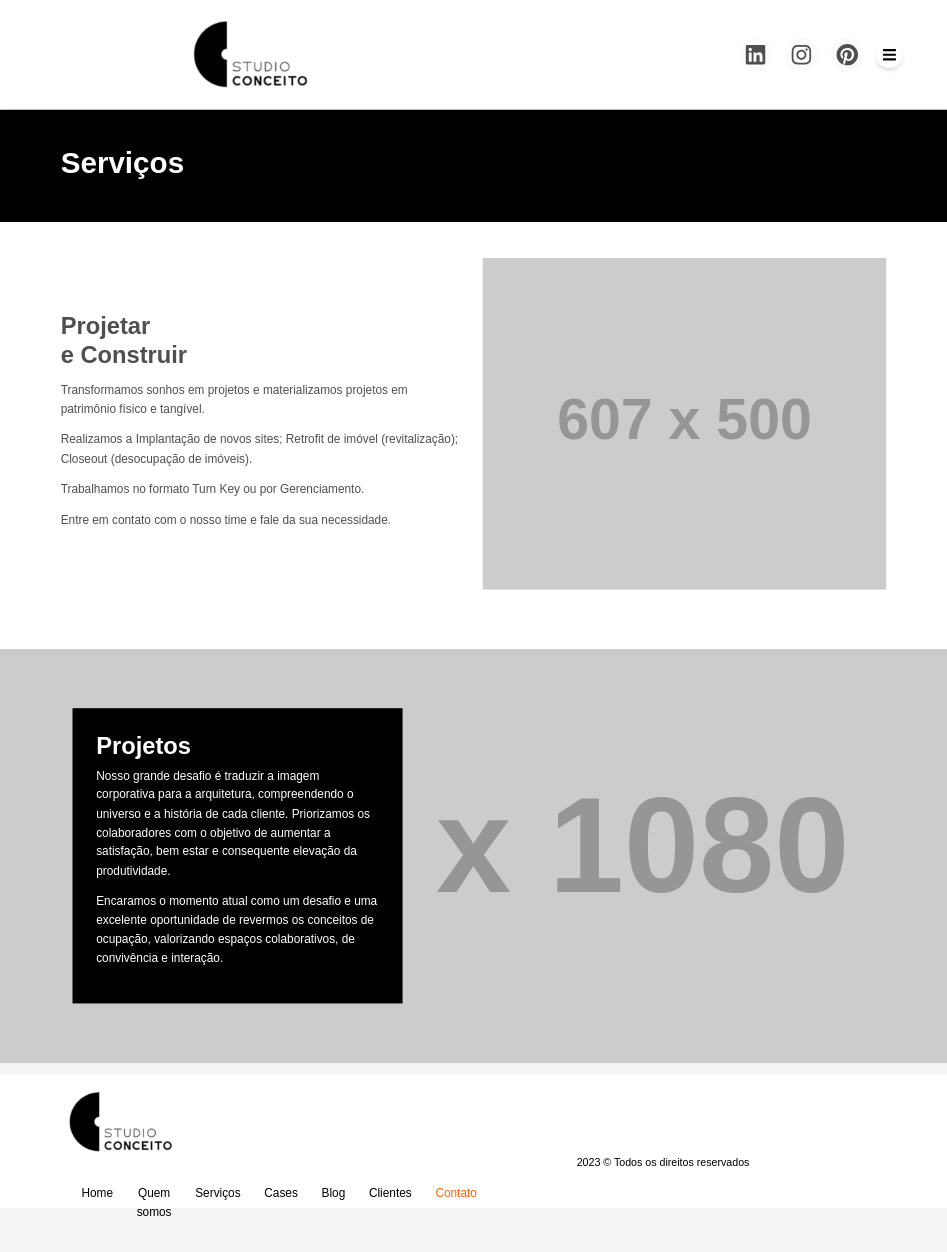
Repository: Upstairs-Agencia/studio-conceito-react
Page: /servicos
The author's editor kept a copy of each file at every save. The page is drawn from the files as they stood at one save, then again after the next save.
The browser window is 1280 px wide. The pictures show the whole page, at 74% of full size.
The project was rebuilt for these pictures with package versions that can differ from the ones it lists, and the page was loaded fresh each time. Also part of the build but not shown: src/pages/Home.js, src/pages/QuemSomos.js, src/pages/Cases.js, src/pages/Blog.js, src/pages/Clientes.js, src/pages/Contato.js.

Above is the page before, as saved 2024-12-28 03:09:47.

### public/index.html
<!DOCTYPE html>
<html lang="en">
  <head>
    <meta charset="utf-8" />
    <link rel="icon" href="%PUBLIC_URL%/favicon.ico" />
    <meta name="viewport" content="width=device-width, initial-scale=1" />
    <meta name="theme-color" content="#000000" />
    <meta
      name="description"
      content="Web site created using create-react-app"
    />
    <link rel="apple-touch-icon" href="%PUBLIC_URL%/logo192.png" />
    <!--
      manifest.json provides metadata used when your web app is installed on a
      user's mobile device or desktop. See https://developers.google.com/web/fundamentals/web-app-manifest/
    -->
    <link rel="manifest" href="%PUBLIC_URL%/manifest.json" />
    <!--
      Notice the use of %PUBLIC_URL% in the tags above.
      It will be replaced with the URL of the `public` folder during the build.
      Only files inside the `public` folder can be referenced from the HTML.

      Unlike "/favicon.ico" or "favicon.ico", "%PUBLIC_URL%/favicon.ico" will
      work correctly both with client-side routing and a non-root public URL.
      Learn how to configure a non-root public URL by running `npm run build`.
    -->
    <title>Studio Conceito</title>
  </head>
  <body>
    <noscript>You need to enable JavaScript to run this app.</noscript>
    <div id="root"></div>
    <!--
      This HTML file is a template.
      If you open it directly in the browser, you will see an empty page.

      You can add webfonts, meta tags, or analytics to this file.
      The build step will place the bundled scripts into the <body> tag.

      To begin the development, run `npm start` or `yarn start`.
      To create a production bundle, use `npm run build` or `yarn build`.
    -->
  </body>
</html>

### src/index.js

import React from 'react';
import ReactDOM from 'react-dom';
import App from './App';
import 'mdb-react-ui-kit/dist/css/mdb.min.css'; // MDB styles
import './index.css'; // Global styles

ReactDOM.render(
  <React.StrictMode>
    <App />
  </React.StrictMode>,
  document.getElementById('root')
);

### src/App.js

import React from 'react';
import { BrowserRouter as Router, Routes, Route } from 'react-router-dom';
import Home from './pages/Home';
import QuemSomos from './pages/QuemSomos';
import Servicos from './pages/Servicos';
import Cases from './pages/Cases';
import Blog from './pages/Blog';
import Clientes from './pages/Clientes';
import Contato from './pages/Contato';

function App() {
  return (
    <Router>
      <Routes>
        <Route path="/" element={<Home />} />
        <Route path="/quem-somos" element={<QuemSomos />} />
        <Route path="/servicos" element={<Servicos />} />
        <Route path="/cases" element={<Cases />} />
        <Route path="/blog" element={<Blog />} />
        <Route path="/clientes" element={<Clientes />} />
        <Route path="/contato" element={<Contato />} />
      </Routes>
    </Router>
  );
}

export default App;

### src/index.css

body {
  margin: 0;
  font-family: Arial, sans-serif;
  background-color: #f4f4f4;
}

### src/pages/Servicos.js
import React from 'react';
import { MDBContainer, MDBRow, MDBCol } from 'mdb-react-ui-kit';
import Navbar from '../components/navbar';
import Footer from '../components/footer';

const placeholderImage1 = 'https://placehold.co/607x500'; // Imagem ao lado do texto
const placeholderImage2 = 'https://placehold.co/1920x1080'; // Imagem de fundo

const Servicos = () => {
  return (
    <div>
      <Navbar />

      {/* Sessão preta com título */}
      <section className="bg-black text-white py-5">
        <MDBContainer>
          <h1 className="fw-bold">Serviços</h1>
        </MDBContainer>
      </section>

      {/* Sessão Projetar e Construir */}
      <section className="py-5 bg-white">
        <MDBContainer>
          <MDBRow className="align-items-center">
            <MDBCol md="6" className="mb-4">
              <h2 className="fw-bold mb-3">Projetar<br />e Construir</h2>
              <p>
                Transformamos sonhos em projetos e materializamos projetos em patrimônio físico e tangível.
              </p>
              <p>
                Realizamos a Implantação de novos sites; Retrofit de imóvel (revitalização); Closeout (desocupação de imóveis).
              </p>
              <p>
                Trabalhamos no formato Turn Key ou por Gerenciamento.
              </p>
              <p>
                Entre em contato com o nosso time e fale da sua necessidade.
              </p>
            </MDBCol>
            <MDBCol md="6">
              <img
                src={placeholderImage1}
                alt="Projetar e Construir"
                style={{ width: '100%', height: 'auto', marginBottom: '2rem' }}
              />
            </MDBCol>
          </MDBRow>
        </MDBContainer>
      </section>

      {/* Sessão Projetos */}
      <section
        style={{
          backgroundImage: `url(${placeholderImage2})`,
          backgroundSize: 'cover',
          backgroundPosition: 'center',
          padding: '5rem 0',
        }}
      >
        <MDBContainer>
          <div
            style={{
              backgroundColor: 'black',
              color: 'white',
              padding: '2rem',
              width: '40%',
              position: 'relative',
              marginLeft: '1rem',
            }}
          >
            <h2 className="fw-bold">Projetos</h2>
            <p>
              Nosso grande desafio é traduzir a imagem corporativa para a arquitetura, compreendendo o universo e a história de cada cliente. Priorizamos os colaboradores com o objetivo de aumentar a satisfação, bem estar e consequente elevação da produtividade.
            </p>
            <p>
              Encaramos o momento atual como um desafio e uma excelente oportunidade de revermos os conceitos de ocupação, valorizando espaços colaborativos, de convivência e interação.
            </p>
          </div>
        </MDBContainer>
      </section>

      <Footer />
    </div>
  );
};

export default Servicos;

### src/components/navbar.js
import React, { useState } from "react";

import Logo from "../images/logoBlack.png";

import {
  MDBNavbar,
  MDBNavbarBrand,
  MDBContainer,
} from "mdb-react-ui-kit";
import { FaLinkedin, FaInstagram, FaPinterest, FaBars } from "react-icons/fa";
import { IoIosClose } from "react-icons/io";
import { Link } from "react-router-dom";

import SeloGptw from "../images/selo-gptw.png";

const Navbar = () => {
  const [showMenu, setShowMenu] = useState(false);

  return (
    <>
      {/* Navbar */}
      <MDBNavbar dark bgColor="white" className="py-4 px-5">
        <MDBContainer fluid className="d-flex justify-content-between align-items-center">
          {/* Logo */}
          <MDBNavbarBrand href="#" className="ms-5">
            <img
              src={Logo}
              alt="Logo"
              style={{ maxHeight: "90px", marginLeft: "12vw"}}
            />
          </MDBNavbarBrand>

          {/* Social Icons and Menu Toggle */}
          <div className="d-flex align-items-center">
            {/* Social Icons */}
            <div className="d-flex gap-3 me-3">
              <button className="btn btn-light rounded-circle p-2">
                <FaLinkedin size={30} />
              </button>
              <button className="btn btn-light rounded-circle p-2">
                <FaInstagram size={30} />
              </button>
              <button className="btn btn-light rounded-circle p-2">
                <FaPinterest size={30} />
              </button>
            </div>

            {/* FaBars Icon for Sidebar */}
            <button
              className="btn rounded-circle p-2"
              style={{
                background: "none",
                border: "none",
                cursor: "pointer",
              }}
              onClick={() => setShowMenu(!showMenu)}
            >
              <FaBars size={20} color="black" />
            </button>
          </div>
        </MDBContainer>
      </MDBNavbar>

      {/* Sidebar Menu */}
      {showMenu && (
        <div
          className="position-fixed top-0 end-0 bg-white vh-100 vw-350 shadow-lg d-flex flex-column"
          style={{ zIndex: 1050, width: "500px" }}
        >
          <div className="d-flex justify-content-end p-3">
            {/* Close Button */}
            <button
              className="p-0"
              style={{
                background: "none",
                border: "none",
                cursor: "pointer",
              }}
              onClick={() => setShowMenu(false)}
            >
              <IoIosClose size={40} />
            </button>
          </div>





          <div className="p-4 flex-grow-1">
            {/* Menu Items */}
            <ul className="list-unstyled">
              {[
                { label: "Home", link: "/" },
                { label: "Quem somos", link: "/quem-somos" },
                { label: "Serviços", link: "/servicos" },
                { label: "Cases", link: "/cases" },
                { label: "Blog", link: "/blog" },
                { label: "Clientes", link: "/clientes" },
                { label: "Contato", link: "/contato" },
              ].map((item, index) => (
                <li key={index} className="py-2">
                  <Link
                    to={item.link}
                    className="text-decoration-none fs-6"
                    style={{
                      transition: "all 0.3s ease-in-out", // Transição suave
                      color:"black"
                    }}
                    onMouseOver={(e) => {
                      e.currentTarget.style.color = "#FF7F30"; // Altera a cor
                      e.currentTarget.style.fontWeight = "bold"; // Negrito
                    }}
                    onMouseOut={(e) => {
                      e.currentTarget.style.color = "black"; // Retorna à cor original
                      e.currentTarget.style.fontWeight = "normal"; // Retira o negrito
                    }}
                  >
                    {item.label}
                  </Link>
                </li>
              ))}
            </ul>
          </div>



          {/* Footer Section */}
          <div className="d-flex justify-content-between align-items-center px-4 pb-4">
            {/* Social Icons */}
            <div className="d-flex gap-3">
              <button className="btn btn-dark rounded-circle p-2">
                <FaLinkedin size={20} color="white" />
              </button>
              <button className="btn btn-dark rounded-circle p-2">
                <FaInstagram size={20} color="white" />
              </button>
              <button className="btn btn-dark rounded-circle p-2">
                <FaPinterest size={20} color="white" />
              </button>
            </div>

            {/* Placeholder Image */}
            <img
              src={SeloGptw}
              alt="Great Place to Work"
              style={{ maxHeight: "200px", marginBottom: "4rem" }}
            />
          </div>
        </div>
      )}
    </>
  );
};

export default Navbar;

### src/components/footer.js
import React from "react";
import { MDBFooter, MDBContainer, MDBRow, MDBCol } from "mdb-react-ui-kit";
import Logo from "../images/logoBlack.png";
import "../styles/footer.css";

const Footer = () => {
  return (
    <MDBFooter className="footer-container text-center text-white">
      <MDBContainer className="p-4 footer-content">

        <MDBRow className="content-signature">
            {/* Logo e Nome */}
            <MDBCol md="4" className="mb-4 footer-left">
                <img
                    src={Logo}
                    alt="Studio Conceito Logo"
                    className="footer-logo"
                />

                {/* Navegação */}
                <MDBCol md="4" className="mb-3 footer-center">
                    <nav className="footer-nav">
                        <a href="/">Home</a>
                        <a href="/quem-somos"> Quem somos </a>
                        <a href="/servicos">Serviços</a>
                        <a href="/cases">Cases</a>
                        <a href="/blog">Blog</a>
                        <a href="/clientes">Clientes</a>
                        <a href="/contato" className="footerHighlight">
                            Contato
                        </a>
                    </nav>
                </MDBCol>

            </MDBCol>

            {/* Direitos Reservados */}
            <MDBCol md="4" className="mb-4 footer-right">
                <p className="mb-0">2023 &copy; Todos os direitos reservados</p>
            </MDBCol>

        </MDBRow>



      </MDBContainer>
    </MDBFooter>
  );
};

export default Footer;

### src/styles/footer.css
.footer-container {
    background-color: white;
    height: 25vh !important; /* Ocupa 30% da altura da tela */
    display: flex;
    justify-content: center;
    align-items: center;
    color: black;
    font-family: Arial, sans-serif;
    margin: 1rem 0;
  }

  .footer-content {
    height: 100%; /* Garante que o conteúdo ocupe toda a altura do footer */
  }

  .content-signature{
    display: flex;
    flex-direction: row;
  }

  .footer-left {
    display: flex;
    flex-direction: column;
  }

  .footer-logo {
    max-width: 40%; /* Aumenta a imagem para 40% de seu tamanho */
    margin-bottom: 10px;
  }


  .footer-center {
    text-align: center;
    margin: 2rem 0;
  }

  .footer-nav{
    display: flex;
    flex-direction: row;
    justify-content: space-around;
    width:35vw;

  }

  .footerHighlight {
    color: #ff6600 !important;
  }

  .footer-nav a {
    margin: 1px 1rem;
    text-decoration: none;
    color: #000;
    font-size: 1rem;
    transition: color 0.3s ease;
  }

  .footer-nav a:hover {
    color: #ff6600;
  }



  .footer-right {
    text-align: center;
    display: flex;
    justify-content: center;
    align-items: center;
    margin-left: 20vw;
    font-size: 0.9rem;
    color: #000;
  }

After the next save:
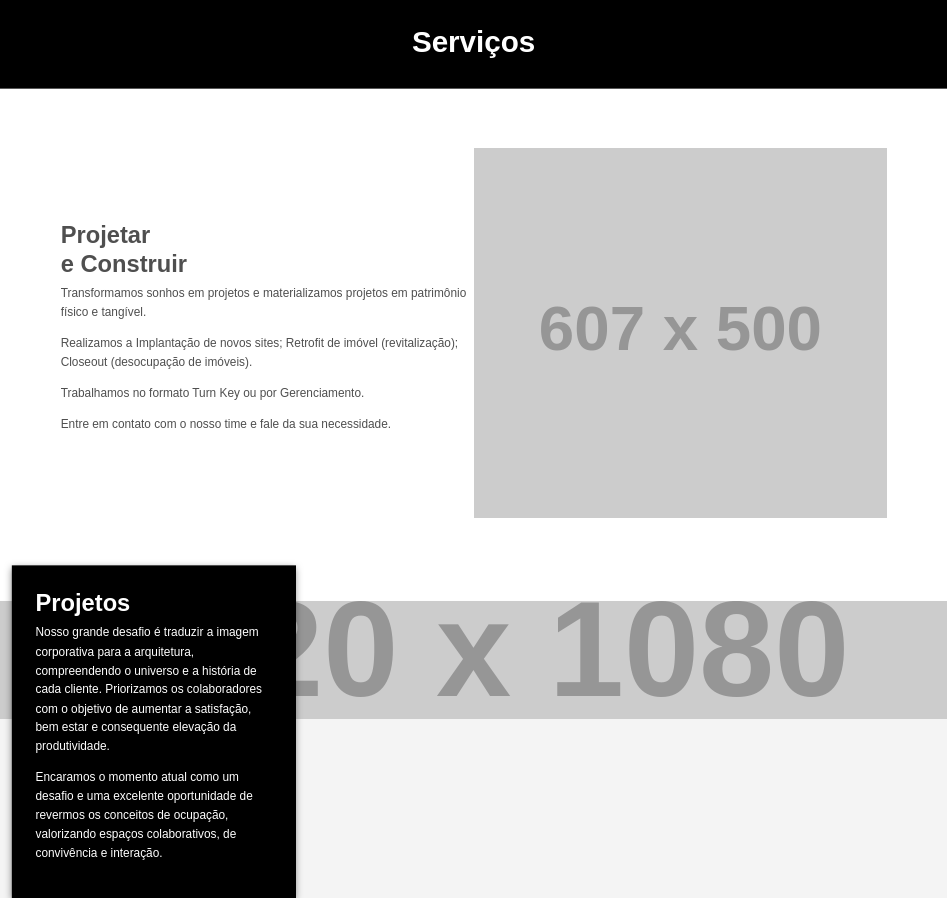
Saved 2 min 46 s later.
--- a/src/pages/Servicos.js
+++ b/src/pages/Servicos.js
@@ -1,71 +1,78 @@
-import React from 'react';
-import { MDBContainer, MDBRow, MDBCol } from 'mdb-react-ui-kit';
-import Navbar from '../components/navbar';
-import Footer from '../components/footer';
-
-const placeholderImage1 = 'https://placehold.co/607x500'; // Imagem ao lado do texto
-const placeholderImage2 = 'https://placehold.co/1920x1080'; // Imagem de fundo
+import React from "react";
+import { MDBContainer } from "mdb-react-ui-kit";
 
 const Servicos = () => {
+  // Placeholder de imagens
+  const placeholderImage1 = "https://via.placeholder.com/607x500"; // Imagem ao lado do texto
+  const placeholderImage2 = "https://via.placeholder.com/1920x1080"; // Imagem de fundo
+
   return (
-    <div>
-      <Navbar />
+    <>
+      {/* Navbar */}
+      <header style={{ backgroundColor: "black", color: "white", padding: "2rem 0", textAlign: "center" }}>
+        <h1 className="fw-bold">Serviços</h1>
+      </header>
 
-      {/* Sessão preta com título */}
-      <section className="bg-black text-white py-5">
-        <MDBContainer>
-          <h1 className="fw-bold">Serviços</h1>
+      {/* Seção Projetar e Construir */}
+      <section style={{ backgroundColor: "white", padding: "5rem 0" }}>
+        <MDBContainer className="d-flex flex-column flex-lg-row align-items-center">
+          {/* Texto */}
+          <div style={{ flex: "1", marginBottom: "2rem" }}>
+            <h2 className="fw-bold">Projetar<br />e Construir</h2>
+            <p>
+              Transformamos sonhos em projetos e materializamos projetos em patrimônio físico e tangível.
+            </p>
+            <p>
+              Realizamos a Implantação de novos sites; Retrofit de imóvel (revitalização); Closeout (desocupação de imóveis).
+            </p>
+            <p>
+              Trabalhamos no formato Turn Key ou por Gerenciamento.
+            </p>
+            <p>
+              Entre em contato com o nosso time e fale da sua necessidade.
+            </p>
+          </div>
+
+          {/* Imagem */}
+          <div style={{ flex: "1", textAlign: "center" }}>
+            <img
+              src={placeholderImage1}
+              alt="Projetar e Construir"
+              style={{
+                width: "100%",
+                maxWidth: "607px",
+                height: "500px",
+                objectFit: "cover",
+                marginBottom: "2rem",
+              }}
+            />
+          </div>
         </MDBContainer>
       </section>
 
-      {/* Sessão Projetar e Construir */}
-      <section className="py-5 bg-white">
-        <MDBContainer>
-          <MDBRow className="align-items-center">
-            <MDBCol md="6" className="mb-4">
-              <h2 className="fw-bold mb-3">Projetar<br />e Construir</h2>
-              <p>
-                Transformamos sonhos em projetos e materializamos projetos em patrimônio físico e tangível.
-              </p>
-              <p>
-                Realizamos a Implantação de novos sites; Retrofit de imóvel (revitalização); Closeout (desocupação de imóveis).
-              </p>
-              <p>
-                Trabalhamos no formato Turn Key ou por Gerenciamento.
-              </p>
-              <p>
-                Entre em contato com o nosso time e fale da sua necessidade.
-              </p>
-            </MDBCol>
-            <MDBCol md="6">
-              <img
-                src={placeholderImage1}
-                alt="Projetar e Construir"
-                style={{ width: '100%', height: 'auto', marginBottom: '2rem' }}
-              />
-            </MDBCol>
-          </MDBRow>
-        </MDBContainer>
-      </section>
-
-      {/* Sessão Projetos */}
+      {/* Seção Projetos */}
       <section
         style={{
           backgroundImage: `url(${placeholderImage2})`,
-          backgroundSize: 'cover',
-          backgroundPosition: 'center',
-          padding: '5rem 0',
+          backgroundSize: "cover",
+          backgroundPosition: "center",
+          padding: "5rem 0",
+          position: "relative",
         }}
       >
         <MDBContainer>
+          {/* Retângulo com texto */}
           <div
             style={{
-              backgroundColor: 'black',
-              color: 'white',
-              padding: '2rem',
-              width: '40%',
-              position: 'relative',
-              marginLeft: '1rem',
+              backgroundColor: "black",
+              color: "white",
+              padding: "2rem",
+              width: "30%",
+              position: "absolute",
+              top: "-3rem", // Faz o retângulo subir sobre a imagem de fundo
+              left: "1rem", // Margem à esquerda
+              height: "auto", // Aumenta a altura com base no conteúdo
+              boxShadow: "0px 4px 10px rgba(0, 0, 0, 0.5)", // Para criar um efeito de profundidade
             }}
           >
             <h2 className="fw-bold">Projetos</h2>
@@ -78,9 +85,7 @@ const Servicos = () => {
           </div>
         </MDBContainer>
       </section>
-
-      <Footer />
-    </div>
+    </>
   );
 };
 
